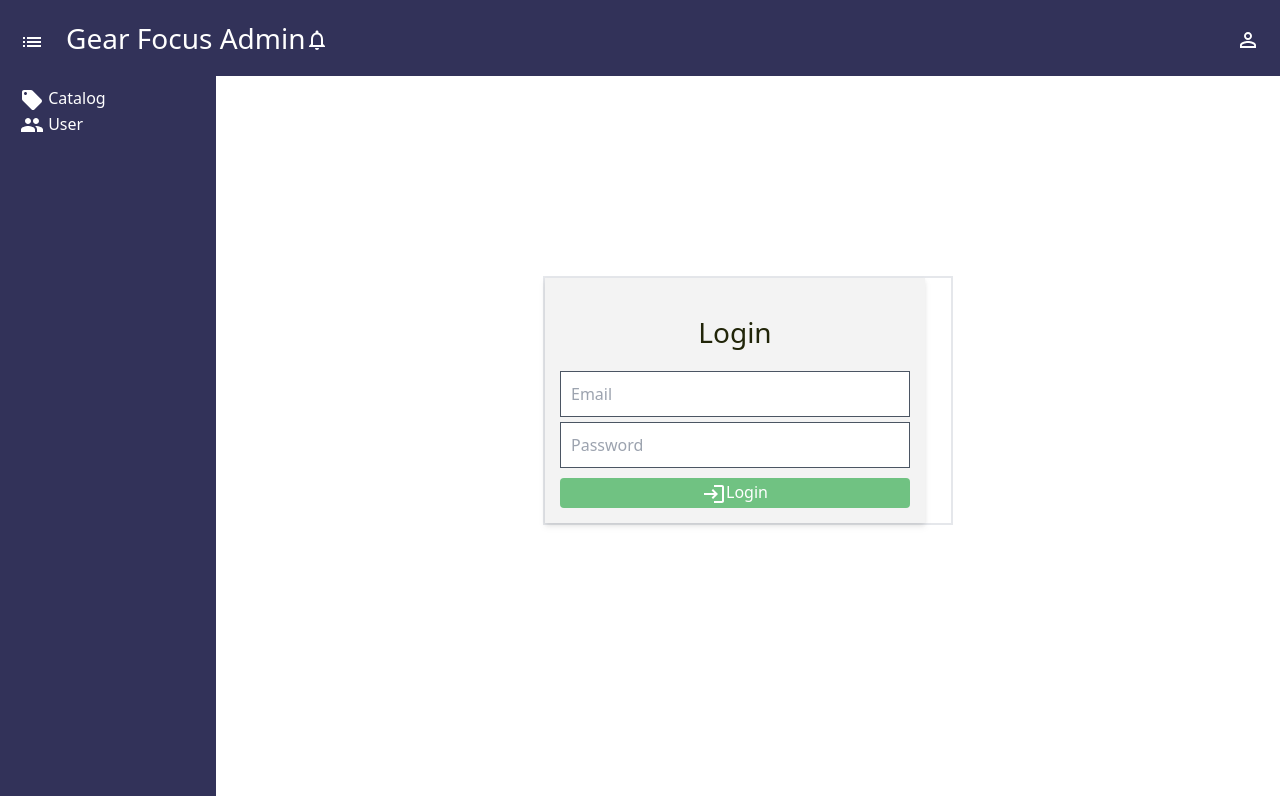
Repository: Kiendz3202/projectFinalPGS
Page: /
An editor plug-in stored every save of this project. The page is shown before and after the next save, followed by the edit.
The browser window is 1280 px wide. The pictures show the whole page.
The project was rebuilt for these pictures with package versions that can differ from the ones it lists, and the page was loaded fresh each time. Also part of the build but not shown: src/App.css, src/pages/HomePage.tsx, src/ProtectedRoute.tsx.

Above is the page before, as saved 2022-03-07 23:03:14.

### src/index.tsx
import React from 'react';
import ReactDOM from 'react-dom';
import './index.css';
import App from './App';
import { BrowserRouter} from 'react-router-dom'

ReactDOM.render(
  <BrowserRouter>
    <App />
  </BrowserRouter>,
  document.getElementById('root')
);

### src/App.tsx
import React, { Fragment } from 'react';
import logo from './logo.svg';
import './App.css';
import LoginPage from './pages/LoginPage';
import Router from './Router';
import Header from './components/header/Header';
import Navbar from './components/navbar/Navbar';

function App() {
  return (
    <Fragment>
    <Header />
    <div className='flex w-full'>
    <Navbar />
    <Router />
    </div>
    </Fragment>
  );
}

export default App;

### src/Router.tsx
import React, { lazy } from 'react';
import { Route, Routes,BrowserRouter,Navigate } from 'react-router-dom';
import {ROUTES} from './config/Routes'
import ProtectedRoute from './ProtectedRoute';
import { Suspense } from 'react';


const HomePage = lazy(() => import('./pages/HomePage'));
const LoginPage = lazy(() => import('./pages/LoginPage'));

interface Props {}

const Router = (props: Props) => {

  return (
    <Suspense fallback={<div>Loading.....</div>}>
      <Routes>
        <Route path={ROUTES.login} element={<LoginPage />} />
        <Route path={ROUTES.home} element={<ProtectedRoute />} />
        <Route path="/" element={<Navigate to={ROUTES.login} />} />
      </Routes>
    </Suspense>
  );
};

export default Router

### src/components/header/Header.tsx
import React from 'react'
import ListIcon from '@mui/icons-material/List';
import NotificationsNoneIcon from '@mui/icons-material/NotificationsNone';
import PersonOutlineIcon from '@mui/icons-material/PersonOutline';

function Header() {
  return (
    <div className='w-full p-[20px] bg-[#323259] text-white'>
        <div className='w-full flex justify-between h-[36px] '>
        <div className='leading-[36px]'>
            <ul className='flex'>
                <li className='text-[28px] mr-[22px]'><ListIcon /></li>
                <li className='text-[28px]'>Gear Focus Admin</li>
                <li className=' text-[20px]'><NotificationsNoneIcon /></li>
            </ul>
        </div>
        <div className='leading-[36px]'>
            <PersonOutlineIcon />
        </div>
        </div>
    </div>
  )
}

export default Header

### src/components/navbar/Navbar.tsx
import React from 'react'
import GroupIcon from '@mui/icons-material/Group';
import LocalOfferIcon from '@mui/icons-material/LocalOffer';
import ChevronLeftIcon from '@mui/icons-material/ChevronLeft';

function Navbar() {
  return (
    <div className=' w-[216px] max-w-[216px] px-[20px] py-[10px] h-screen bg-[#323259] text-white'>
        <ul>
            <div>
                <li><LocalOfferIcon /> Catalog</li>
            </div>
            <div>
                <li><GroupIcon /> User</li>
            </div>
        </ul>
    </div>
  )
}

export default Navbar

### src/config/Routes.tsx
export const ROUTES = {
    home:'/home',
    login:'/login'
}

### src/pages/LoginPage.tsx
import React,{useState} from 'react'
import { useNavigate } from 'react-router-dom';
import { ILoginValidation } from '../components/auth/auth'
import Login from '../components/auth/Login'


function LoginPage() {
    const [loading, setLoading] = useState(false);
    const [errorMessage, setErrorMessage] = useState('');
    const navigate = useNavigate()
    const onLogin = async (value:ILoginValidation) =>{
      try{
        const response = await fetch('https://api.gearfocus.div4.pgtest.co/api/authentication/login',{
        method:'POST',
        headers:{
          'Content-Type': 'application/json'
        },
        body:JSON.stringify({
          email:value.email,
          password:value.password
        })
      })
      if(!response){
        throw new Error('something wrong')
        return;
      }
      // console.log(response)
        sessionStorage.setItem("statusText",response.statusText)
        navigate('/home')
      }catch(errorMessage){
        console.warn(errorMessage)
      }
    }

    return (
        <Login onLogin={onLogin} loading={loading} errorMessage={errorMessage} />
    )
}

export default LoginPage

### src/components/auth/Login.tsx
import React, { useState } from 'react'
import LoginIcon from '@mui/icons-material/Login';
import { ILoginValidation } from './auth';
import ValidateLoginForm from './ValidateLoginForm';

interface Props{
    onLogin(value:ILoginValidation):void;
    loading:boolean;
    errorMessage:string
}

const InvalidEmailWarn = () => {
    return <p>InValid email address</p>
}
const InvalidPasswordWarn = () => {
    return <p>Invalid password. Password must be at least 6 characters long, and capital letter at the beginning.</p>
}

function Login(props:Props) {
    const {onLogin,loading,errorMessage} = props;
    const [formValue,setFormValue] = useState({email:'',password:''})
    const [isValidated,setIsValidated] = useState({email:'',password:''})
    const [email,setEmail] = useState('');
    const [password,setPassword] = useState('');
    // const onSubmit = React.useCallback((e: React.FormEvent<HTMLElement>) =>{
        // e.preventDefault();
        // setIsValidated(ValidateLoginForm(formValue));
        // if(isValidated.email && isValidated.password){
        //     onLogin(formValue);
        // }else{
        //     return;
        // }
        // console.log(isValidated)
            // onLogin(formValue))
    // }
    const valid = (value:ILoginValidation) =>{
        if(value.email === '' && value.password === ''){
            return true
        }else{
            return false
        }
    }
    const onSubmit = React.useCallback(() => {
        setIsValidated(ValidateLoginForm(formValue));
        console.log(ValidateLoginForm(formValue))
        console.log(valid(ValidateLoginForm(formValue)))
        if (!valid(ValidateLoginForm(formValue))) {
            return;
          }

          onLogin(formValue);

      }, [formValue, onLogin]);
    return (
        <div className=' max-w-[410px] w-full m-auto border-2 mt-[200px]'>
            <form  onSubmit={(e) => {
        e.preventDefault();
        onSubmit();
      }} className='flex flex-col w-[380px] p-[15px] bg-[#f3f3f3] drop-shadow-md'>
                <p className=' text-center text-[#212509] text-[28px] my-[18px]'>Login</p>
                <div className=' justify-center mb-[5px] '>
                    <input onChange={(e) => setFormValue({...formValue,email:e.target.value})} value={formValue.email} type="text" className='w-full p-[10px] border border-gray-600 outline-blue-300' placeholder='Email' />
                    {isValidated.email ?? <p>{isValidated.email}</p>}
                </div>
                <div className=' justify-center mb-[10px] '>
                    <input onChange={(e) => setFormValue({...formValue,password:e.target.value})} value={formValue.password} type="password" className='w-full p-[10px] border border-gray-600 outline-blue-300' placeholder='Password' />
                    {isValidated.password ?? <p>{isValidated.password}</p>}
                </div>
                <button className=' bg-[#70c282] h-[30px] rounded text-white font-medium'>
                    <LoginIcon />
                    Login
                </button>
                {errorMessage ?? <p>email or password is wrong!</p>}
            </form>
        </div>
    )
}

export default Login

### src/components/auth/ValidateLoginForm.tsx
import React from 'react'
import { ILoginValidation } from './auth';

export function ValidateEmail(email:string) {
    let isValidated = String(email)
    .toLowerCase()
    .match(
      /^(([^<>()[\]\\.,;:\s@"]+(\.[^<>()[\]\\.,;:\s@"]+)*)|(".+"))@((\[[0-9]{1,3}\.[0-9]{1,3}\.[0-9]{1,3}\.[0-9]{1,3}\])|(([a-zA-Z\-0-9]+\.)+[a-zA-Z]{2,}))$/
    )
    if(isValidated){
        return '';
    }else{
        return 'emailInvalid'
    }
}
export function ValidatePassword(password:string){
    if(password.length >= 6){
        return ''
    }else{
        return 'min length is 6 characters'
    }
}
export default function ValidateLoginForm(formValue:ILoginValidation){
    return {
        email:ValidateEmail(formValue.email),
        password:ValidatePassword(formValue.password)
    }
}

Loaded but not shown: public/index.html (common file); src/index.css (common file); tailwind.config.js (common file)

After the next save:
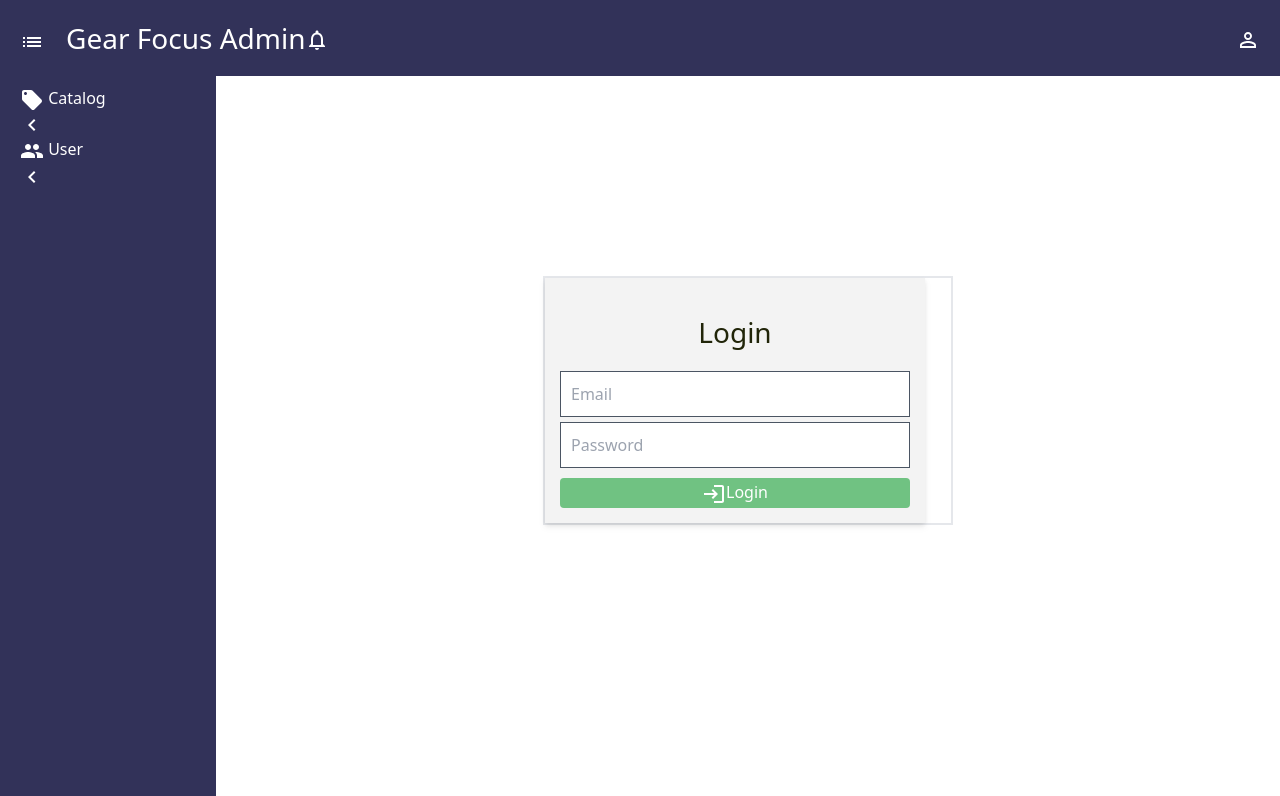
Saved 17 s later.
--- a/src/components/navbar/Navbar.tsx
+++ b/src/components/navbar/Navbar.tsx
@@ -9,9 +9,11 @@ function Navbar() {
         <ul>
             <div>
                 <li><LocalOfferIcon /> Catalog</li>
+                <li><ChevronLeftIcon /></li>
             </div>
             <div>
                 <li><GroupIcon /> User</li>
+                <li><ChevronLeftIcon /></li>
             </div>
         </ul>
     </div>
